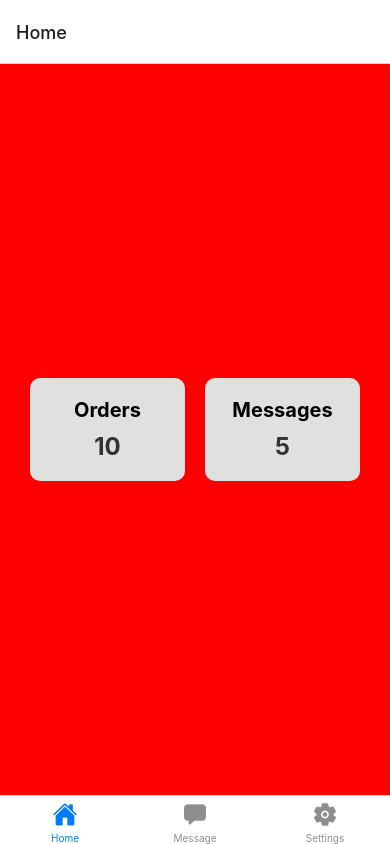
Repository: Waikato153/AwesomeProject
Screen: /
These files come from the project's save history. The screen is drawn as it stood at one moment and after the next save; the edit follows.
The app was drawn by React Native's web renderer in a window 390 px wide. The project was rebuilt for these pictures with package versions that can differ from the ones it lists, and the page was loaded fresh each time.

Above is the screen before, as saved 2024-02-28 16:05:18.

After the next save:
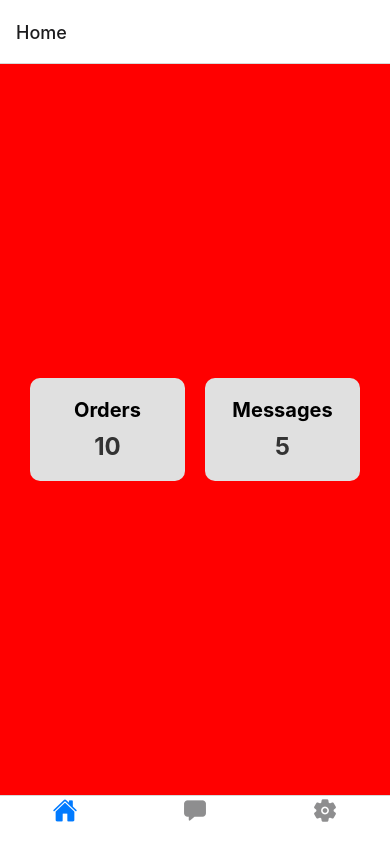
Saved 111 s later.
--- a/App.js
+++ b/App.js
@@ -36,7 +36,13 @@ const Tab = createBottomTabNavigator();
 function MyTabs() {
   return (
 
-    <Tab.Navigator>
+    <Tab.Navigator
+    tabBarOptions={{
+      style: { backgroundColor: 'blue' }, // 设置顶部导航栏的背景色
+      labelStyle: { fontSize: 16, fontWeight: 'bold', color: 'white' }, // 设置标签的样式
+    }}
+
+    >
       <Tab.Screen
         name="Home"
         component={HomeScreen}

After the save that followed:
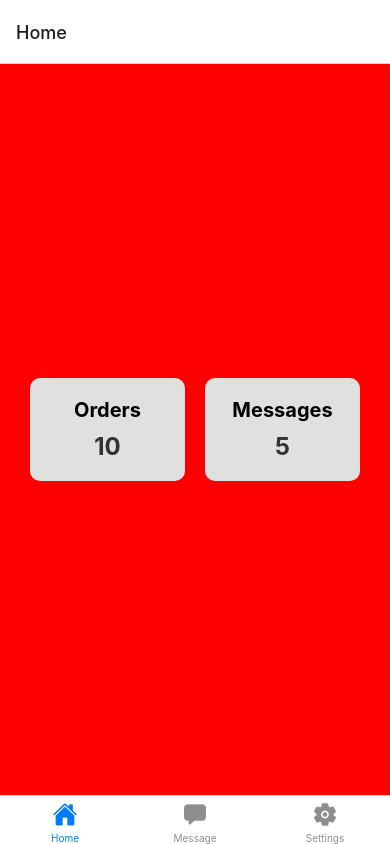
Saved 18 s later.
--- a/App.js
+++ b/App.js
@@ -37,10 +37,7 @@ function MyTabs() {
   return (
 
     <Tab.Navigator
-    tabBarOptions={{
-      style: { backgroundColor: 'blue' }, // 设置顶部导航栏的背景色
-      labelStyle: { fontSize: 16, fontWeight: 'bold', color: 'white' }, // 设置标签的样式
-    }}
+
 
     >
       <Tab.Screen
